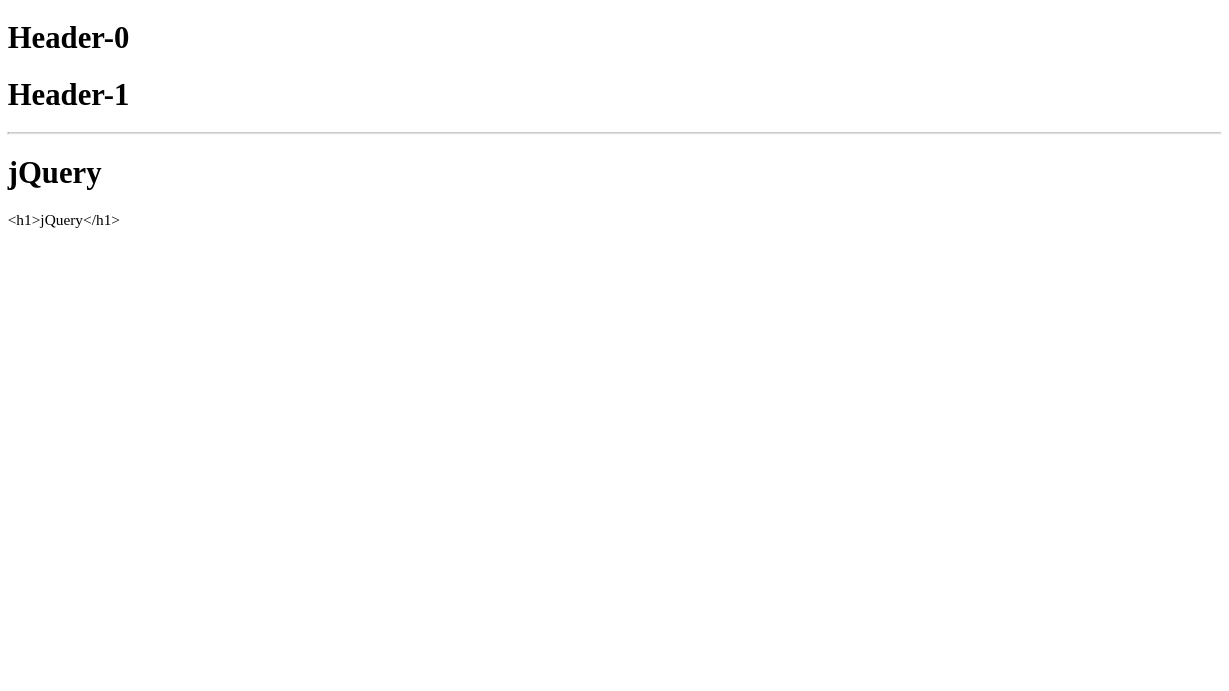
Repository: chlguswns1/web-practice
Page: jQuery/src/main/webapp/03_DOM_Operation.html
An editor plug-in stored every save of this project. The page is shown before and after the next save, followed by the edit.
The browser window is 1280 px wide. The pictures show the whole page, at 96% of full size.

Above is the page before, as saved 2023-03-09 09:03:04.

After the next save:
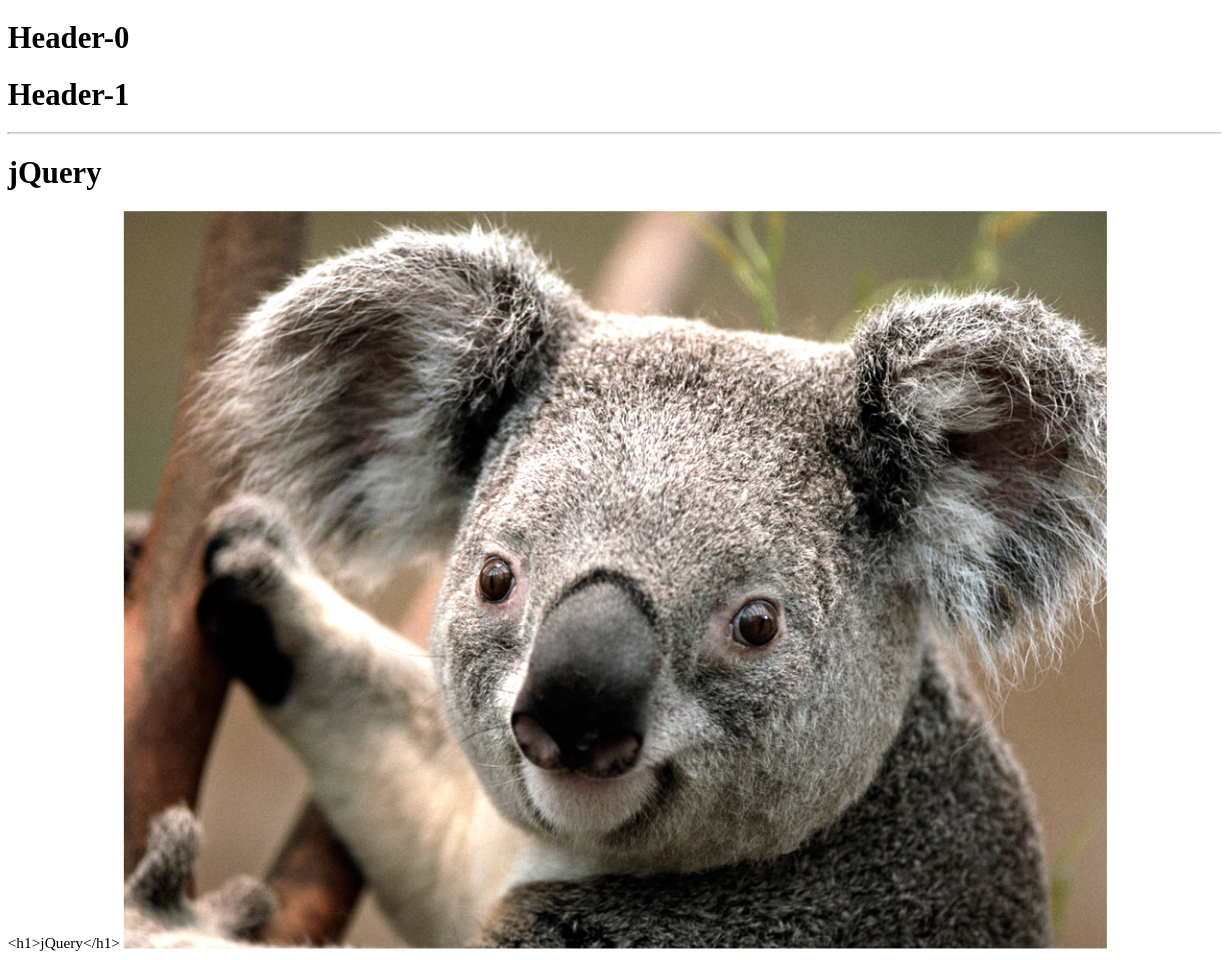
Saved 18 s later.
--- a/jQuery/src/main/webapp/03_DOM_Operation.html
+++ b/jQuery/src/main/webapp/03_DOM_Operation.html
@@ -187,7 +187,7 @@
 //- 텍스트 노드를 갖지 않는 문서 객체를 생성하는 방법.
 
 	$(function() {
-		$('<img/>').attr('src','img/Koala.jpg');
+		$('<img/>').attr('src','img/Koala.jpg').appendTo('body');
 	})
 
 
